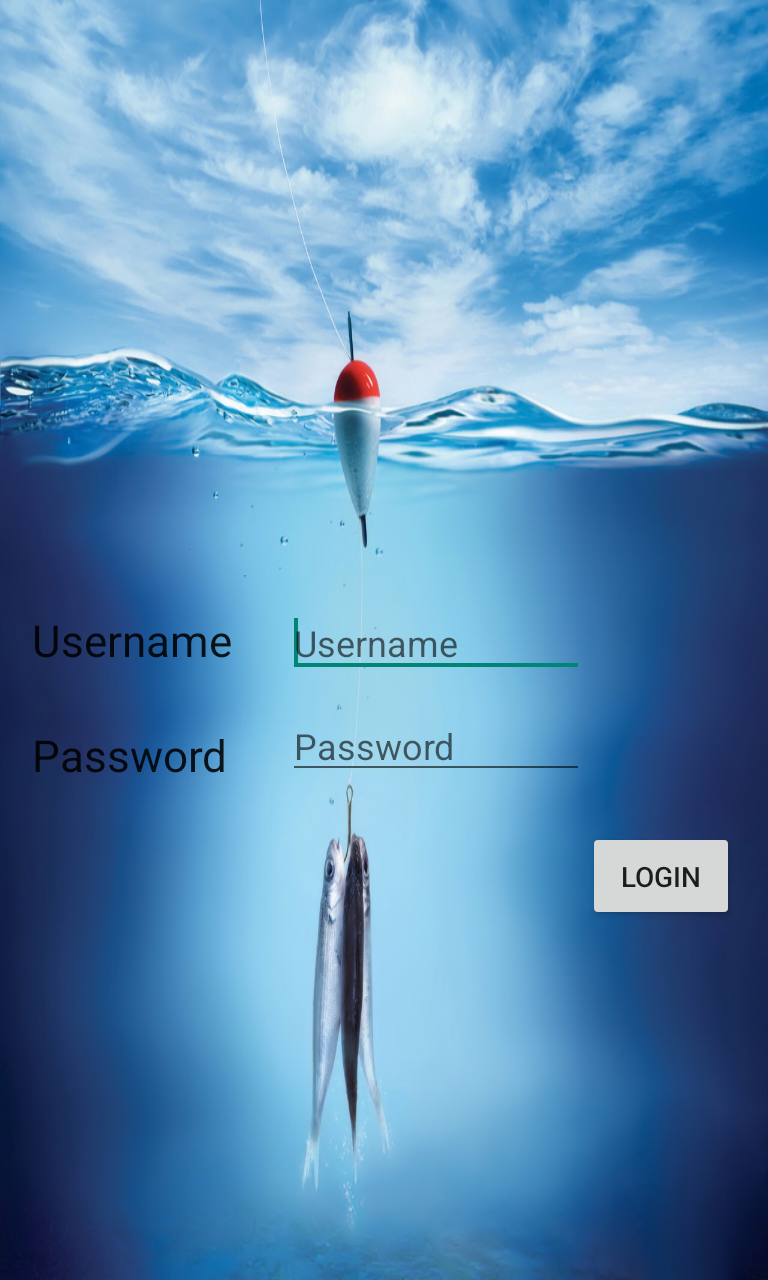
Repository: zerox2012/Fall2014Android
Layout: FishingBuddy/res/layout/activity_login.xml
An editor plug-in stored every save of this project. The layout is shown before and after the next save, followed by the edit.
It is drawn on a 768 x 1280 px phone screen (xhdpi) without system bars, with theme AppTheme; the app's code is not run.

Above is the layout before, as saved 2014-10-20 17:44:41.

### FishingBuddy/res/layout/activity_login.xml
<RelativeLayout xmlns:android="http://schemas.android.com/apk/res/android"
    xmlns:tools="http://schemas.android.com/tools"
    android:layout_width="match_parent"
    android:layout_height="match_parent"
    android:paddingBottom="@dimen/activity_vertical_margin"
    android:paddingLeft="@dimen/activity_horizontal_margin"
    android:paddingRight="@dimen/activity_horizontal_margin"
    android:paddingTop="@dimen/activity_vertical_margin"
    android:background ="@drawable/login"
    tools:context="usf.fall2014.android.fishingbuddy.Login" >

    <TextView
        android:id="@+id/textView1"
        android:layout_width="wrap_content"
        android:layout_height="wrap_content"
        android:layout_alignParentLeft="true"
        android:layout_centerVertical="true"
        android:text="@string/user_name"
        android:textAppearance="?android:attr/textAppearanceLarge" />

    <TextView
        android:id="@+id/textView2"
        android:layout_width="wrap_content"
        android:layout_height="wrap_content"
        android:layout_alignLeft="@+id/textView1"
        android:layout_below="@+id/textView1"
        android:layout_marginTop="28dp"
        android:text="@string/password"
        android:textAppearance="?android:attr/textAppearanceLarge" />

        <requestFocus />

    <Button
        android:id="@+id/button1"
        android:layout_width="100dp"
        android:layout_height="wrap_content"
        android:layout_below="@+id/textView2"
        android:layout_marginTop="22dp"
        android:layout_toRightOf="@+id/EditText01"
        android:text="@string/button_login" />

    <EditText
        android:id="@+id/username"
        android:layout_width="150dp"
        android:layout_height="wrap_content"
        android:layout_alignBaseline="@+id/textView1"
        android:layout_alignBottom="@+id/textView1"
        android:layout_marginLeft="27dp"
        android:layout_toRightOf="@+id/textView1"
        android:ems="10"
        android:hint="@string/user_name"
        android:inputType="text" />

    <EditText
        android:id="@+id/EditText01"
        android:layout_width="150dp"
        android:layout_height="wrap_content"
        android:layout_alignBottom="@+id/textView2"
        android:layout_alignLeft="@+id/username"
        android:ems="10"
        android:hint="@string/password"
        android:inputType="textPassword" />

</RelativeLayout>

### FishingBuddy/res/values/strings.xml
<?xml version="1.0" encoding="utf-8"?>
<resources>

    <string name="app_name">FishingBuddy</string>
    <string name="hello_world">Hello world!</string>
    <string name="action_settings">Settings</string>
    <string name="title_activity_main_menu">MainMenu</string>
    <string name="title_activity_gallery">Gallery</string>
    <string name="title_activity_message">Message</string>
    <string name="title_activity_new_user">NewUser</string>
    <string name="title_activity_forgot_password">ForgotPassword</string>
    <string name="title_activity_map">Map</string>
    <string name="user_name">Username</string>
    <string name="password">Password</string>
    <string name="button_login">Login</string>

</resources>

Loaded but not shown: FishingBuddy/res/values/styles.xml (common file); FishingBuddy/res/values-v11/styles.xml (common file); FishingBuddy/res/values-v14/styles.xml (common file); FishingBuddy/res/values/dimens.xml (common file); FishingBuddy/res/values-w820dp/dimens.xml (common file)

After the next save:
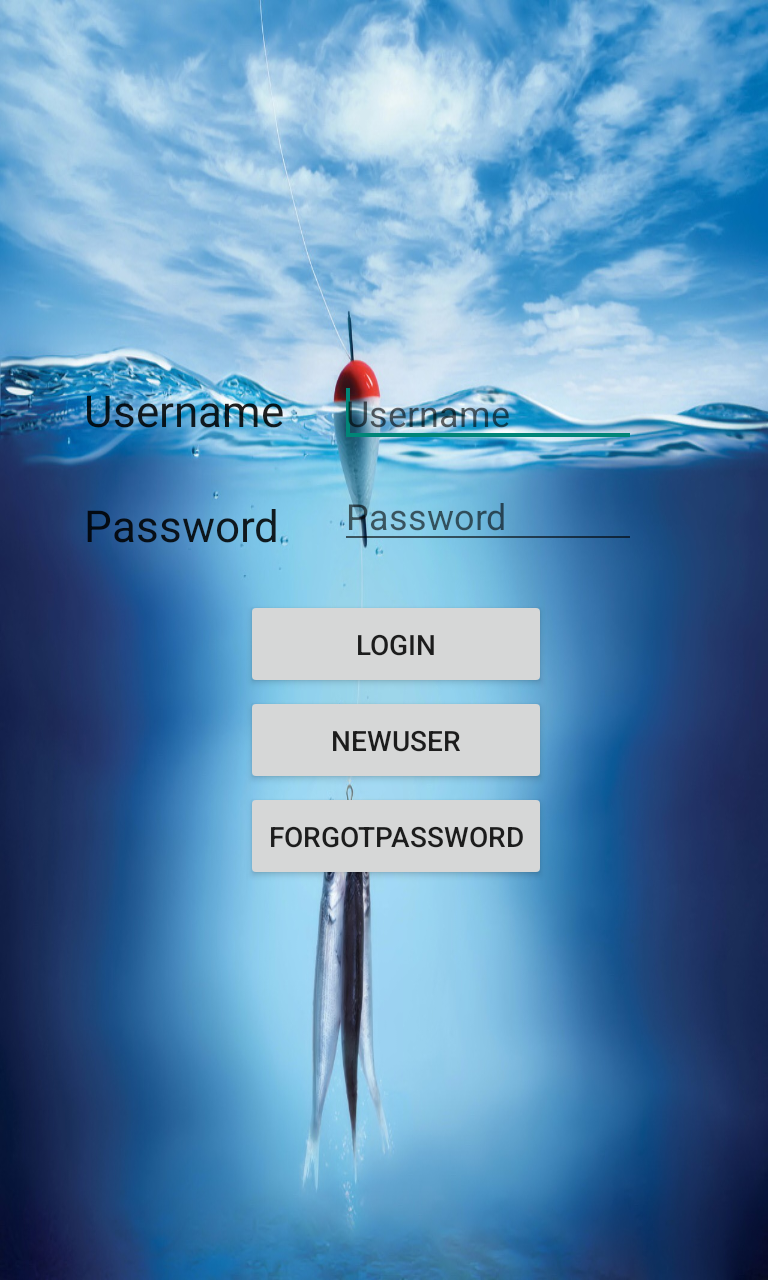
Saved 10 min 21 s later.
--- a/FishingBuddy/res/layout/activity_login.xml
+++ b/FishingBuddy/res/layout/activity_login.xml
@@ -2,21 +2,12 @@
     xmlns:tools="http://schemas.android.com/tools"
     android:layout_width="match_parent"
     android:layout_height="match_parent"
+    android:background="@drawable/login"
     android:paddingBottom="@dimen/activity_vertical_margin"
     android:paddingLeft="@dimen/activity_horizontal_margin"
     android:paddingRight="@dimen/activity_horizontal_margin"
     android:paddingTop="@dimen/activity_vertical_margin"
-    android:background ="@drawable/login"
     tools:context="usf.fall2014.android.fishingbuddy.Login" >
-
-    <TextView
-        android:id="@+id/textView1"
-        android:layout_width="wrap_content"
-        android:layout_height="wrap_content"
-        android:layout_alignParentLeft="true"
-        android:layout_centerVertical="true"
-        android:text="@string/user_name"
-        android:textAppearance="?android:attr/textAppearanceLarge" />
 
     <TextView
         android:id="@+id/textView2"
@@ -28,16 +19,7 @@
         android:text="@string/password"
         android:textAppearance="?android:attr/textAppearanceLarge" />
 
-        <requestFocus />
-
-    <Button
-        android:id="@+id/button1"
-        android:layout_width="100dp"
-        android:layout_height="wrap_content"
-        android:layout_below="@+id/textView2"
-        android:layout_marginTop="22dp"
-        android:layout_toRightOf="@+id/EditText01"
-        android:text="@string/button_login" />
+    <requestFocus />
 
     <EditText
         android:id="@+id/username"
@@ -61,4 +43,45 @@
         android:hint="@string/password"
         android:inputType="textPassword" />
 
+    <TextView
+        android:id="@+id/textView1"
+        android:layout_width="wrap_content"
+        android:layout_height="wrap_content"
+        android:layout_alignParentLeft="true"
+        android:layout_alignParentTop="true"
+        android:layout_marginLeft="26dp"
+        android:layout_marginTop="174dp"
+        android:text="@string/user_name"
+        android:textAppearance="?android:attr/textAppearanceLarge" />
+
+    <Button
+        android:id="@+id/button1"
+        android:layout_width="100dp"
+        android:layout_height="wrap_content"
+        android:layout_alignLeft="@+id/button3"
+        android:layout_alignRight="@+id/EditText01"
+        android:layout_below="@+id/textView2"
+        android:layout_marginRight="45dp"
+        android:layout_marginTop="21dp"
+        android:text="@string/button_login" />
+
+    <Button
+        android:id="@+id/button2"
+        android:layout_width="wrap_content"
+        android:layout_height="wrap_content"
+        android:layout_alignLeft="@+id/button1"
+        android:layout_alignRight="@+id/EditText01"
+        android:layout_below="@+id/button1"
+        android:layout_marginRight="45dp"
+        android:text="@string/title_activity_new_user" />
+
+    <Button
+        android:id="@+id/button3"
+        android:layout_width="wrap_content"
+        android:layout_height="wrap_content"
+        android:layout_alignRight="@+id/EditText01"
+        android:layout_below="@+id/button2"
+        android:layout_marginRight="45dp"
+        android:text="@string/title_activity_forgot_password" />
+
 </RelativeLayout>
